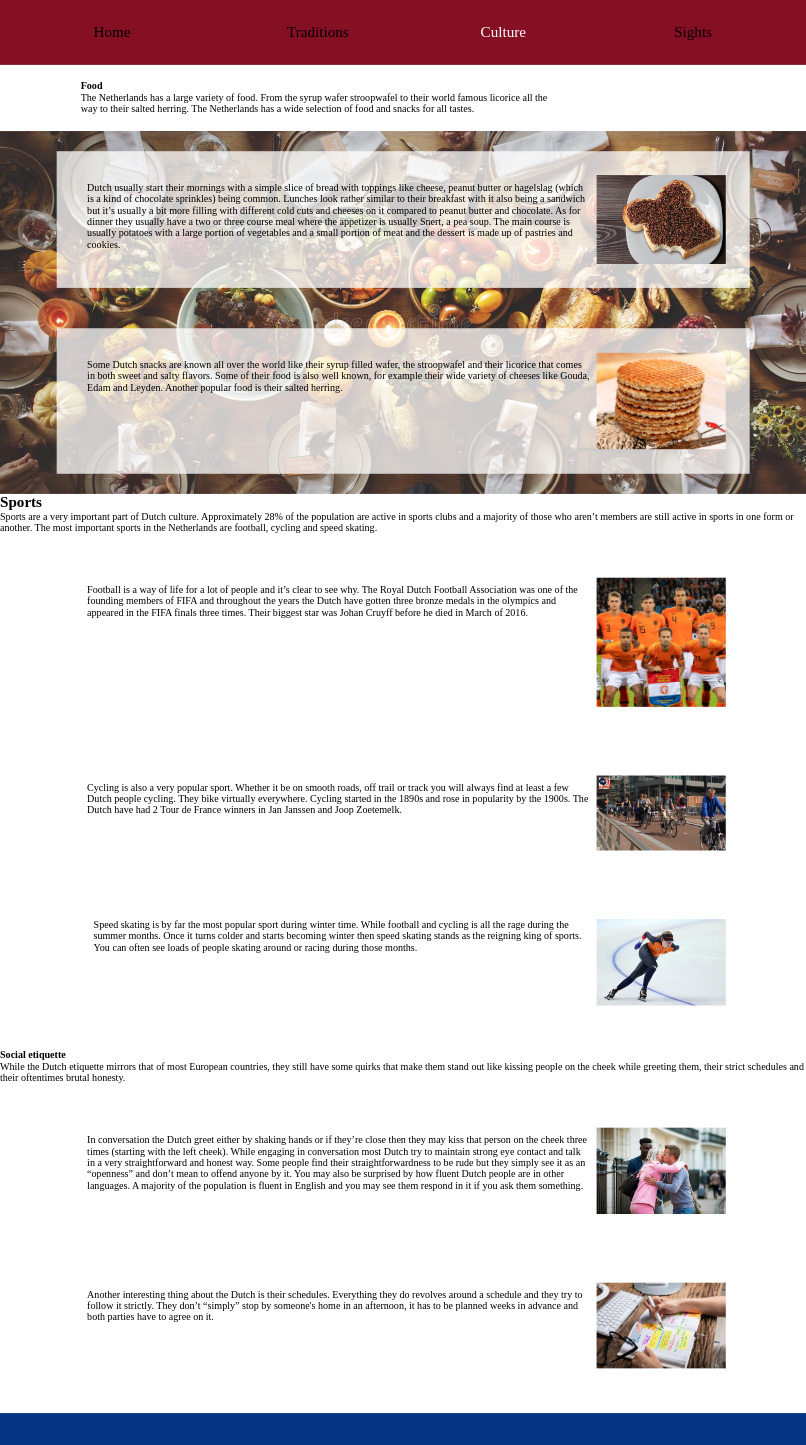
Repository: Cornman63/The-netherlands
Page: html/culture.html
An editor plug-in stored every save of this project. The page is shown before and after the next save, followed by the edit.
The browser window is 1280 px wide. The pictures show the whole page, at 63% of full size.

Above is the page before, as saved 2023-05-28 13:06:04.

### html/culture.html
<!DOCTYPE html>
<html lang="en">
<head>
    <meta charset="UTF-8">
    <meta http-equiv="X-UA-Compatible" content="IE=edge">
    <meta name="viewport" content="width=device-width, initial-scale=1.0">
    <title>Culture</title>
    <link rel="stylesheet" href="../CSS\style2.css">
</head>
<body>
<header>
    <div class="top">
        <div class="site"><a href="index.html" class="link">Home</a></div>
        <div class="site"><a href="traditions.html" class="link">Traditions</a></div>
        <div class="site"><a href="culture.html" style="color: white" class="link">Culture</a></div>
        <div class="site"><a href="sights.html" class="link">Sights</a></div>
    </div>
</header>

    <div class="text">
        <h4 id="foodh">Food</h4>
        <div class="food">
            <div class="stroopwafel">The Netherlands has a large variety of food. From the syrup wafer stroopwafel to their world famous licorice all the way to their salted herring. The Netherlands has a wide selection of food and snacks for all tastes. </div>
        </div>
        <div class="foodmain">
        <div class="item">
            <p class="par">Dutch usually start their mornings with a simple slice of bread with toppings like cheese, peanut butter or hagelslag (which is a kind of chocolate sprinkles) being common. Lunches look rather similar to their breakfast with it also being a sandwich but it’s usually a bit more filling with different cold cuts and cheeses on it compared to peanut butter and chocolate. As for dinner they usually have a two or three course meal where the appetizer is usually Snert, a pea soup. The main course is usually potatoes with a large portion of vegetables and a small portion of meat and the dessert is made up of pastries and cookies. </p>
            <img src="../images\hagelslag.jpg" alt="hagelslag" class="img">
        </div>
        <div class="item">
            <p class="par">Some Dutch snacks are known all over the world like their syrup filled wafer, the stroopwafel and their licorice that comes in both sweet and salty flavors. Some of their food is also well known, for example their wide variety of cheeses like Gouda, Edam and Leyden. Another popular food is their salted herring.</p>
            <img src="../images/stroopwafel.jpg" alt="stroopwafel" class="img">
        </div>
        </div>

        <div class="sportstart">
            <h2>Sports</h2>
            <p>Sports are a very important part of Dutch culture. Approximately 28% of the population are active in sports clubs and a majority of those who aren’t members are still active in sports in one form or another. The most important sports in the Netherlands are football, cycling and speed skating. </p>
        </div>
        <div class="sportmain">
            <div class="item">
            <p class="par">Football is a way of life for a lot of people and it’s clear to see why. The Royal Dutch Football Association was one of the founding members of FIFA and throughout the years the Dutch have gotten three bronze medals in the olympics and appeared in the FIFA finals three times. Their biggest star was Johan Cruyff before he died in March of 2016. </p>
            <img src="../images/football.jpg" alt="dutch football" class="img">
            </div>
            <div class="item">
                <p class="par">Cycling is also a very popular sport. Whether it be on smooth roads, off trail or track you will always find at least a few Dutch people cycling. They bike virtually everywhere. Cycling started in the 1890s and rose in popularity by the 1900s. The Dutch have had 2 Tour de France winners in Jan Janssen and Joop Zoetemelk.</p>
                <img src="../images/cycling.jpg" alt="cycling" class="img">
            </div>
            <div class="item">
                <p class="par"></p>Speed skating is by far the most popular sport during winter time. While football and cycling is all the rage during the summer months. Once it turns colder and starts becoming winter then speed skating stands as the reigning king of sports. You can often see loads of people skating around or racing during those months.</p>
                <img src="../images/skating.jpg" alt="skating" class="img">
            </div>
        </div>
        <div class="soceqstart">
            <h4>Social etiquette</h4>
            <p>While the Dutch etiquette mirrors that of most European countries, they still have some quirks that make them stand out like kissing people on the cheek while greeting them, their strict schedules and their oftentimes brutal honesty.</p>
        </div>
        <div class="soceqmain">
            <div class="item">
                <p class="par">In conversation the Dutch greet either by shaking hands or if they’re close then they may kiss that person on the cheek three times (starting with the left cheek). While engaging in conversation most Dutch try to maintain strong eye contact and talk in a very straightforward and honest way. Some people find their straightforwardness to be rude but they simply see it as an “openness” and don’t mean to offend anyone by it. You may also be surprised by how fluent Dutch people are in other languages. A majority of the population is fluent in English and you may see them respond in it if you ask them something.</p>
                <img src="../images/kiss.jpeg" alt="dutch kiss" class="img">
            </div>
            <div class="item">
                <p class="par">Another interesting thing about the Dutch is their schedules. Everything they do revolves around a schedule and they try to follow it strictly. They don’t “simply” stop by someone's home in an afternoon, it has to be planned weeks in advance and both parties have to agree on it.                </p>
                <img src="../images/schedule.webp" alt="schedule" class="img">
            </div>
        </div>
    </div>

<footer>
    <div class="bottom">

    </div>
</footer>

</body>
</html>

### CSS/style2.css
header{
    background-color: #861023;
    width: 100%;
}

footer{
    background-color: #053484;
    width: 100%;
}

.top, .bottom {
    display: flex;
    flex-direction: row;
    justify-content: center;
    align-content: center;
    margin: auto;
    padding: 2%;
    font-size: 150%;
}
.site {
    display: flex;
    border: 1%;
    margin: 1%;
    margin-left: 10%;
    align-content: center;
    width: 90%;
}

.link{
    text-decoration: none;
}
.link:link {
    color:black;
}
.link:visited {
    color:black;
}
.link:hover {
    color:white;
}
.foodmain {
    display: flex;
    flex-direction: column;
    background-image: url(../images/dinner2.png);
    background-size: cover;
    border: 5%;
    overflow: hidden;
}
.food,#foodh {
    margin: auto;
    width: 80%;
}
#foodh {
    justify-content: center;
    align-content:center;
    margin-top: 2%;
}
.food {
    margin-bottom: 2%;
}
.item{
    max-width: 80%;
    margin: auto;
    display: flex;
    flex-direction: row;
    padding: 3%;
    background-color: rgba(255,255,255,0.75);
    border:5%;
    margin-top: 2.5%;
    margin-bottom: 2.5%;
}
.img {
    width: 20%;
    height: 20%;
    display: flex;
    flex-direction: row;
}
.par {
    padding: 1%;
}
* {
    margin:0;
}
.stroopwafel {
    width: 75%;
}

After the next save:
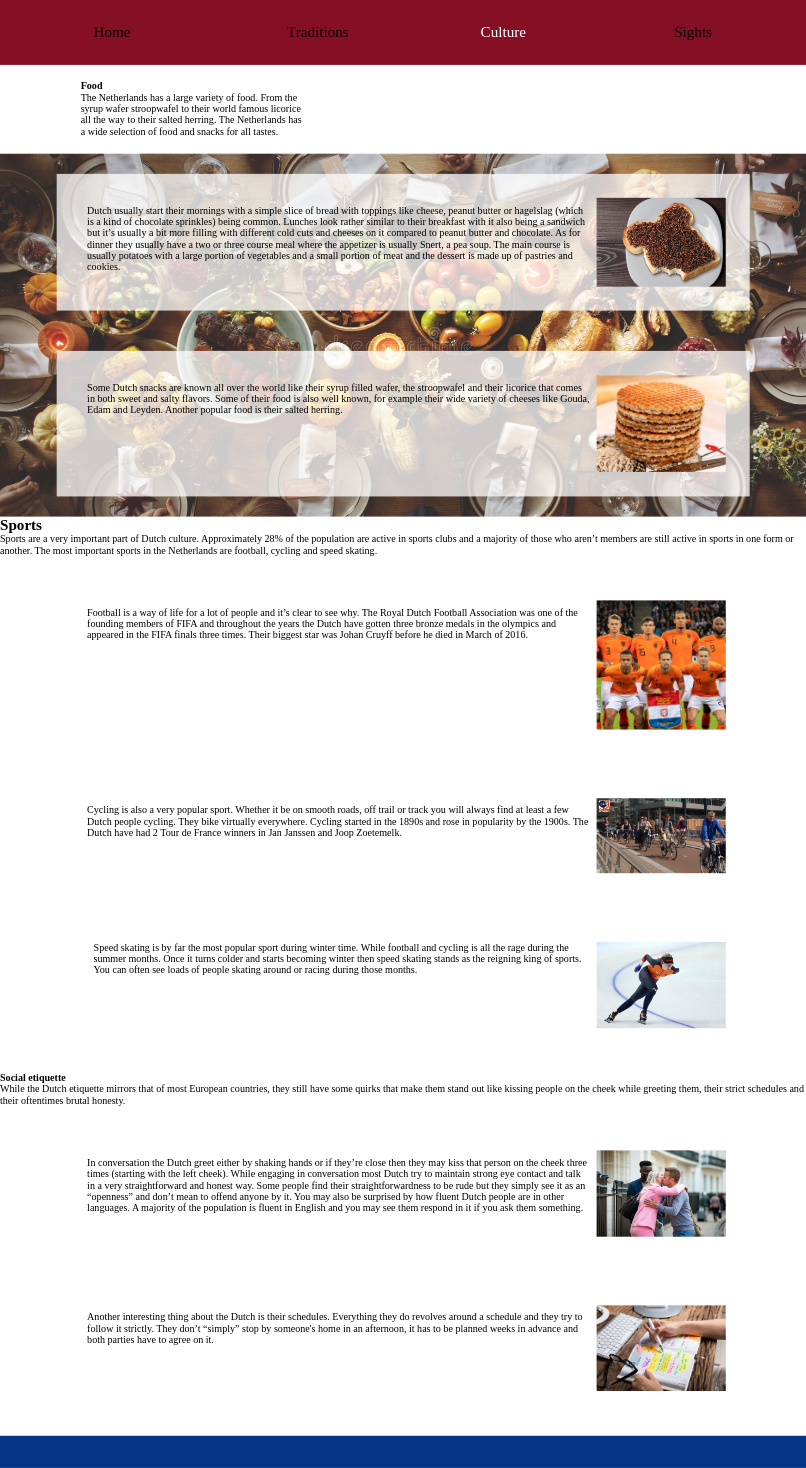
Saved 6 s later.
--- a/CSS/style2.css
+++ b/CSS/style2.css
@@ -82,5 +82,5 @@ footer{
     margin:0;
 }
 .stroopwafel {
-    width: 75%;
+    width: 35%;
 }

After the save that followed:
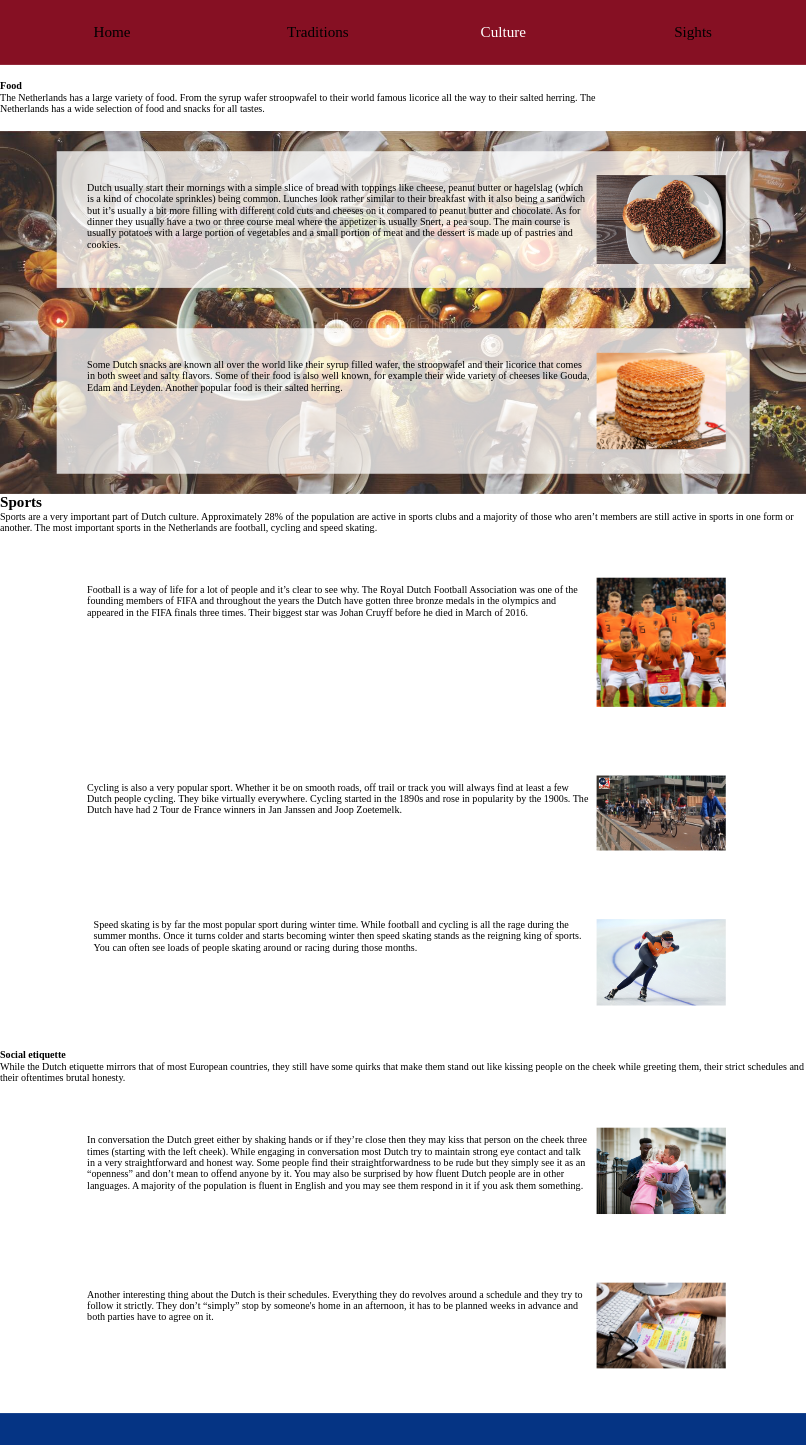
Saved 21 s later.
--- a/CSS/style2.css
+++ b/CSS/style2.css
@@ -48,7 +48,6 @@ footer{
 }
 .food,#foodh {
     margin: auto;
-    width: 80%;
 }
 #foodh {
     justify-content: center;
@@ -82,5 +81,5 @@ footer{
     margin:0;
 }
 .stroopwafel {
-    width: 35%;
+    width: 75%;
 }
